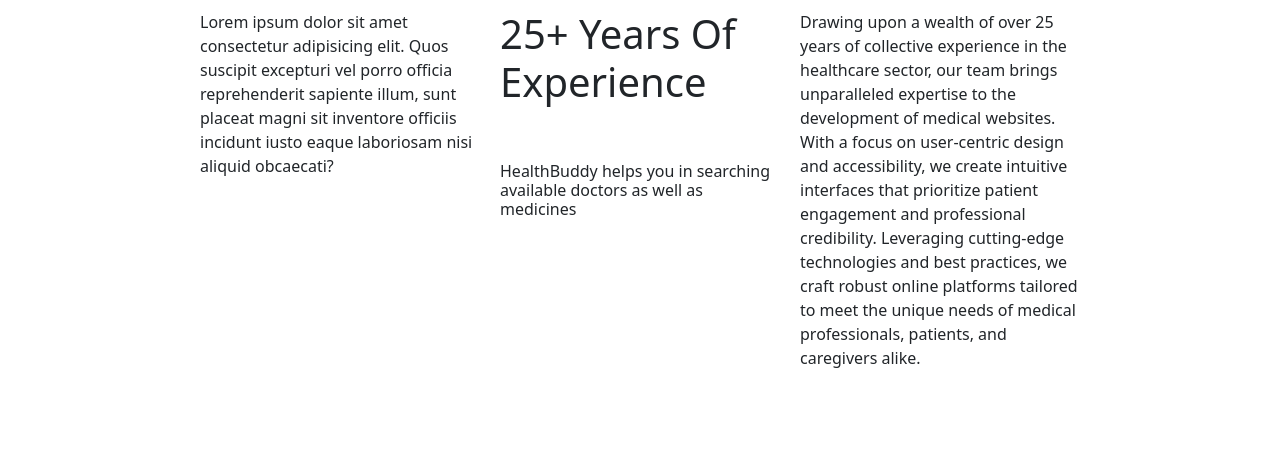
Repository: WajihaGul/MedicalApp-Frontend
Page: /
These files come from the project's save history. The page is drawn as it stood at one moment and after the next save; the edit follows.
The browser window is 1280 px wide. The pictures show the whole page.
The project was rebuilt for these pictures with package versions that can differ from the ones it lists, and the page was loaded fresh each time. Also part of the build but not shown: vite.config.js, src/index.css, src/App.css, src/Components/LandingPage/LandingPage.jsx, src/Components/NavigationBar/Navbar.module.css, src/Components/NavigationBar/Navbar.jsx.

Above is the page before, as saved 2024-05-01 07:18:23.

After the next save:
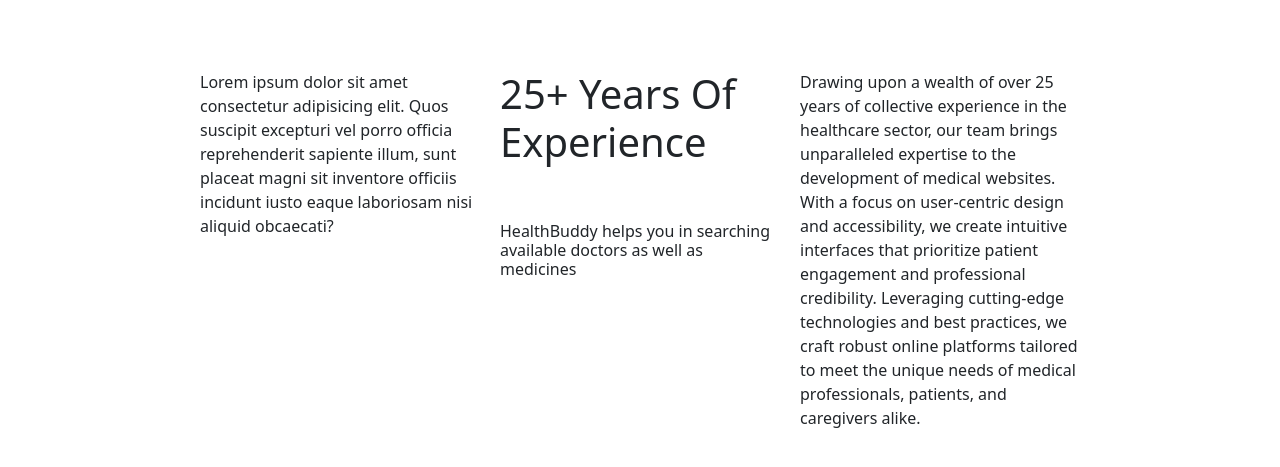
Saved 104 s later.
--- a/src/Components/Experience/Experience.module.css
+++ b/src/Components/Experience/Experience.module.css
@@ -1,6 +1,8 @@
 .container{
   margin:0 auto;
   width: 900px;
+  padding-top: 30px;
+    margin-top: 30px;
 }
 
 .logo , .experience , .story{
